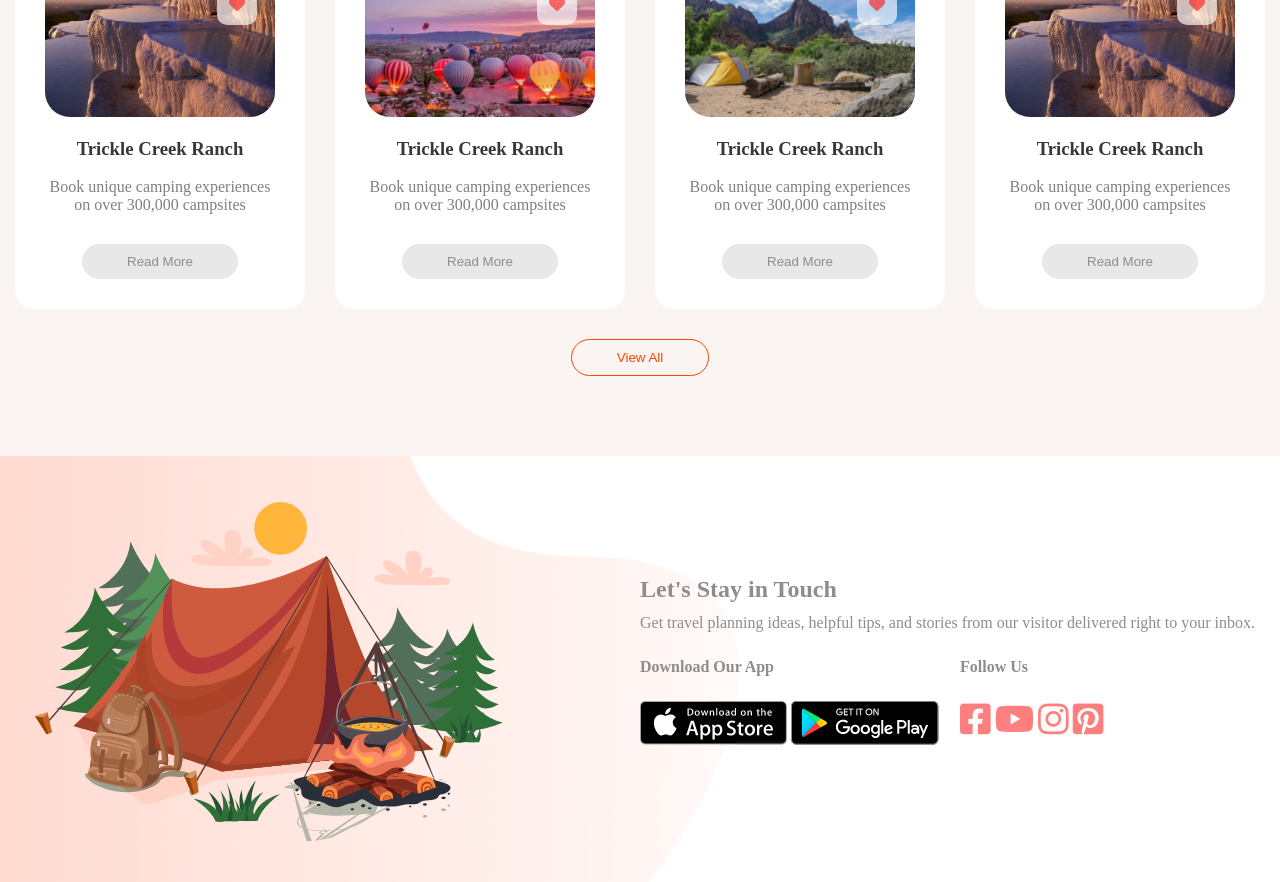
Repository: giahuy405/BC38_Camping_Pham_Gia_Huy
Page: index.html
These files come from the project's save history. The page is drawn as it stood at one moment and after the next save; the edit follows.
The browser window is 1280 px wide. The pictures show the part of the page from y = 979 to 1931 px (the page is 1861 px tall before and 1931 px after).

Above is the page before, as saved 2022-09-13 19:45:11.

After the next save:
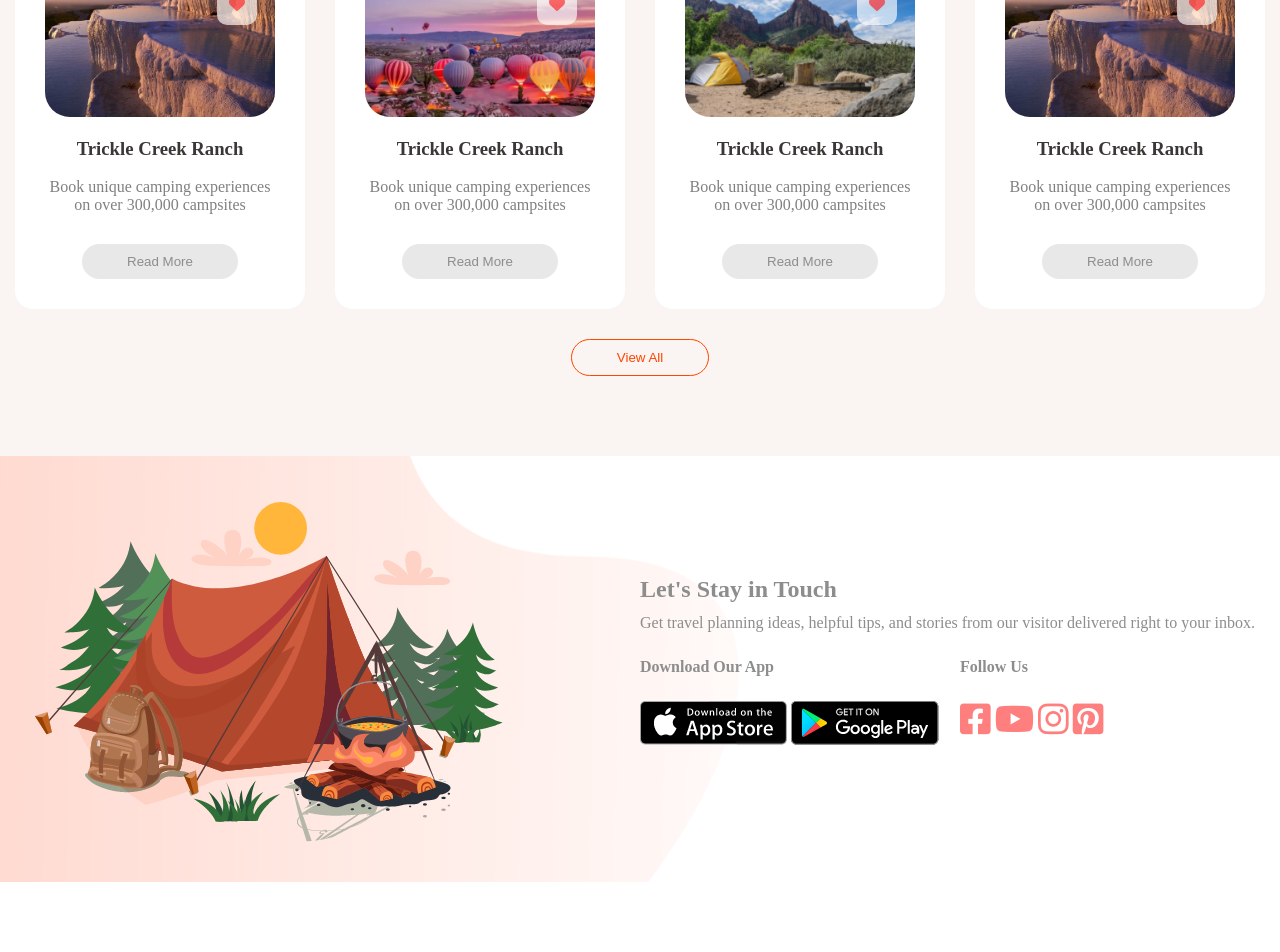
Saved 12 s later.
--- a/css/index.css
+++ b/css/index.css
@@ -115,6 +115,7 @@
     background-position: center;
     background-repeat: no-repeat;
     background-size: cover;
+    margin-bottom: 70px;
 }
 
 .contact__items{
